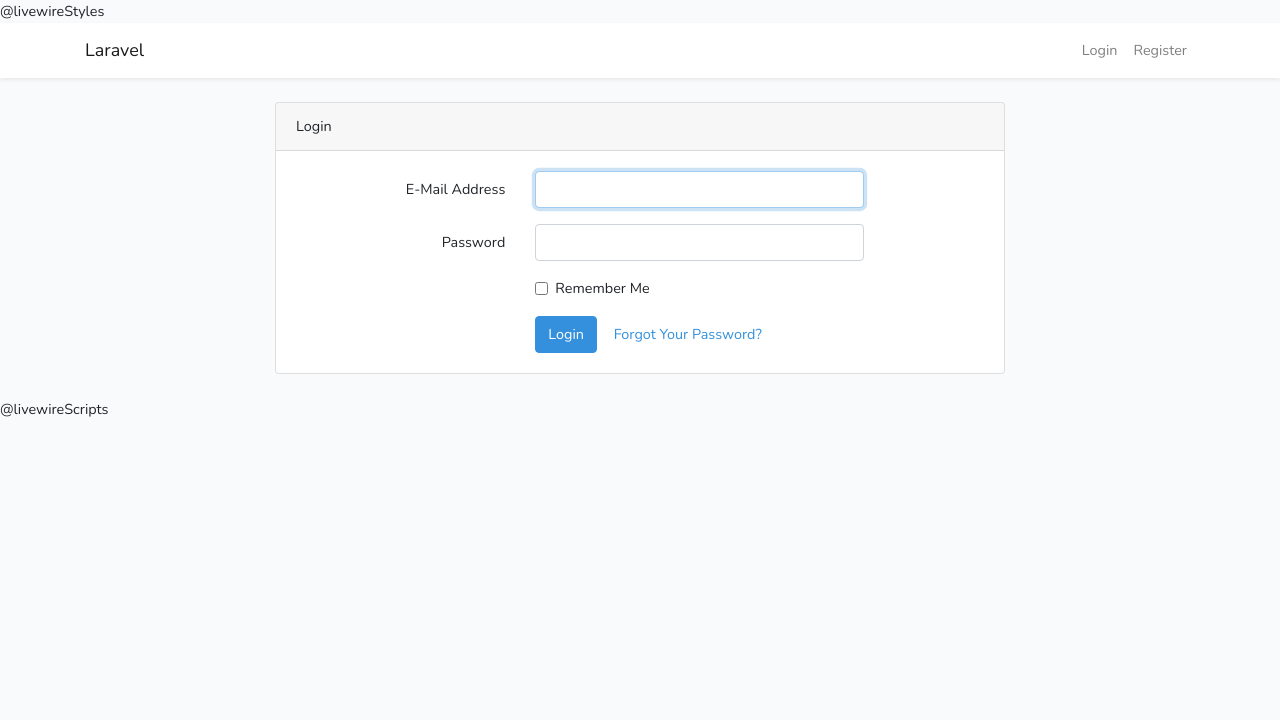
Repository: mohamedelbadawi/chatty
Page: http://localhost/login
These files come from the project's save history. The page is drawn as it stood at one moment and after a run of saves; the edit follows.
The browser window is 1280 px wide. The pictures show the whole page.
The page is served by the project's Laravel application, run on PHP 8.4 with Laravel 8. Other server files are loaded and not shown.

Above is the page before, as saved 2021-10-03 12:00:46.

### routes/web.php
<?php

use App\Http\Controllers\Converstion\ConversationController;
use Illuminate\Support\Facades\Auth;
use Illuminate\Support\Facades\Route;

/*
|--------------------------------------------------------------------------
| Web Routes
|--------------------------------------------------------------------------
|
| Here is where you can register web routes for your application. These
| routes are loaded by the RouteServiceProvider within a group which
| contains the "web" middleware group. Now create something great!
|
 */

Route::get('/', function () {
    return view('welcome');
});

Auth::routes();

Route::get('/home', [App\Http\Controllers\HomeController::class, 'index'])->name('home');
Route::get('/conversation', [ConversationController::class, 'index'])->name('conversation.index');

### resources/views/layouts/app.blade.php
<!doctype html>
<html lang="{{ str_replace('_', '-', app()->getLocale()) }}">

<head>
    <meta charset="utf-8">
    <meta name="viewport" content="width=device-width, initial-scale=1">

    <!-- CSRF Token -->
    <meta name="csrf-token" content="{{ csrf_token() }}">

    <title>{{ config('app.name', 'Laravel') }}</title>

    <!-- Scripts -->
    <script src="{{ asset('js/app.js') }}" defer></script>

    <!-- Fonts -->
    <link rel="dns-prefetch" href="//fonts.gstatic.com">
    <link href="https://fonts.googleapis.com/css?family=Nunito" rel="stylesheet">

    <!-- Styles -->
    <link href="{{ asset('css/app.css') }}" rel="stylesheet">

    @livewireStyles
</head>

<body>
    <div id="app">
        <nav class="navbar navbar-expand-md navbar-light bg-white shadow-sm">
            <div class="container">
                <a class="navbar-brand" href="{{ url('/') }}">
                    {{ config('app.name', 'Laravel') }}
                </a>
                <button class="navbar-toggler" type="button" data-toggle="collapse" data-target="#navbarSupportedContent"
                    aria-controls="navbarSupportedContent" aria-expanded="false"
                    aria-label="{{ __('Toggle navigation') }}">
                    <span class="navbar-toggler-icon"></span>
                </button>

                <div class="collapse navbar-collapse" id="navbarSupportedContent">
                    <!-- Left Side Of Navbar -->
                    <ul class="navbar-nav mr-auto">

                    </ul>

                    <!-- Right Side Of Navbar -->
                    <ul class="navbar-nav ml-auto">
                        <!-- Authentication Links -->
                        @guest
                            @if (Route::has('login'))
                                <li class="nav-item">
                                    <a class="nav-link" href="{{ route('login') }}">{{ __('Login') }}</a>
                                </li>
                            @endif

                            @if (Route::has('register'))
                                <li class="nav-item">
                                    <a class="nav-link" href="{{ route('register') }}">{{ __('Register') }}</a>
                                </li>
                            @endif
                        @else
                            <li class="nav-item dropdown">
                                <a id="navbarDropdown" class="nav-link dropdown-toggle" href="#" role="button"
                                    data-toggle="dropdown" aria-haspopup="true" aria-expanded="false" v-pre>
                                    {{ Auth::user()->name }}
                                </a>

                                <div class="dropdown-menu dropdown-menu-right" aria-labelledby="navbarDropdown">
                                    <a class="dropdown-item" href="{{ route('logout') }}" onclick="event.preventDefault();
                                                                document.getElementById('logout-form').submit();">
                                        {{ __('Logout') }}
                                    </a>

                                    <form id="logout-form" action="{{ route('logout') }}" method="POST"
                                        class="d-none">
                                        @csrf
                                    </form>
                                </div>
                            </li>
                        @endguest
                    </ul>
                </div>
            </div>
        </nav>

        <main class="py-4">
            @yield('content')
        </main>
    </div>
    @livewireScripts

</body>

</html>

### public/theme/theme.css
body {
    background-color: #74EBD5;
    background-image: linear-gradient(90deg, #74EBD5 0%, #9FACE6 100%);
    min-height: 100vh;
}

 ::-webkit-scrollbar {
    width: 5px;
}

 ::-webkit-scrollbar-track {
    width: 5px;
    background: #f5f5f5;
}

 ::-webkit-scrollbar-thumb {
    width: 1em;
    background-color: #ddd;
    outline: 1px solid slategrey;
    border-radius: 1rem;
}

.text-small {
    font-size: 0.9rem;
}

.messages-box,
.chat-box {
    height: 510px;
    overflow-y: scroll;
}

.rounded-lg {
    border-radius: 0.5rem;
}

input::placeholder {
    font-size: 0.9rem;
    color: #999;
}

Loaded but not shown: app/Http/Controllers/Auth/ConfirmPasswordController.php (common file); app/Http/Controllers/Controller.php (common file); app/Http/Controllers/Auth/LoginController.php (common file); resources/views/auth/login.blade.php (common file); public/css/app.css (library)

After the next 2 saves:
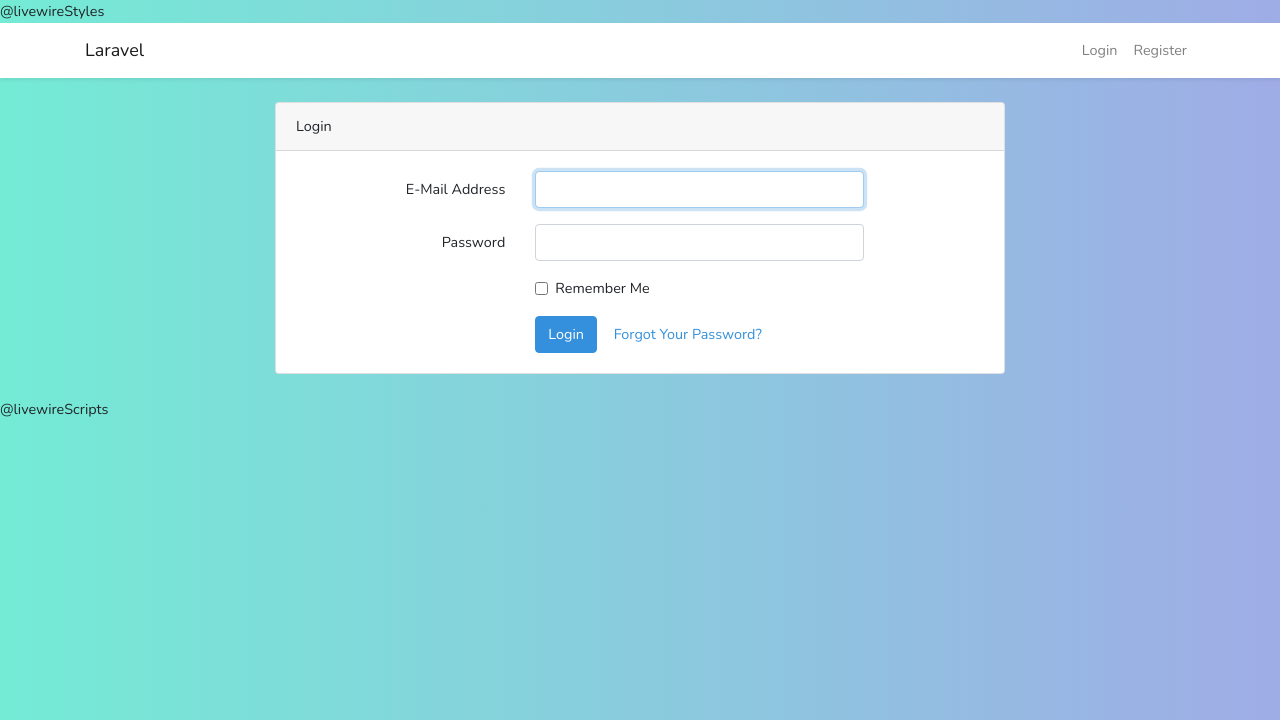
The 2 saves are shown as one change because they came seconds apart.
The last was saved 55 s later.
--- a/resources/views/layouts/app.blade.php
+++ b/resources/views/layouts/app.blade.php
@@ -19,7 +19,7 @@
 
     <!-- Styles -->
     <link href="{{ asset('css/app.css') }}" rel="stylesheet">
-
+    <link rel="stylesheet" href="{{ asset('theme/theme.css') }}">
     @livewireStyles
 </head>
 
@@ -66,7 +66,7 @@
 
                                 <div class="dropdown-menu dropdown-menu-right" aria-labelledby="navbarDropdown">
                                     <a class="dropdown-item" href="{{ route('logout') }}" onclick="event.preventDefault();
-                                                                document.getElementById('logout-form').submit();">
+                                                                    document.getElementById('logout-form').submit();">
                                         {{ __('Logout') }}
                                     </a>
 
